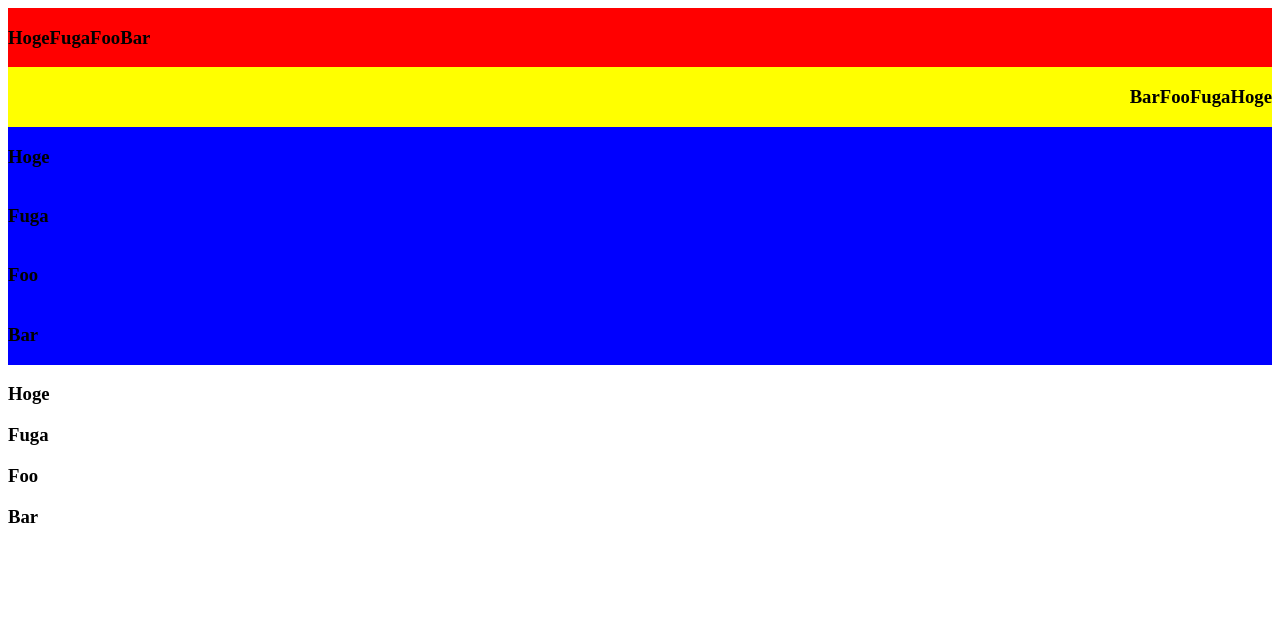
Repository: Mami-mo/samurai_HTML-CSS
Page: Lesson14/flex-direction.html
The author's editor kept a record of every edit. The page is drawn from the files as they stood at one moment, then again after the next edit.
The browser window is 1280 px wide. The pictures show the whole page.

Above is the page before.

After the next edit:
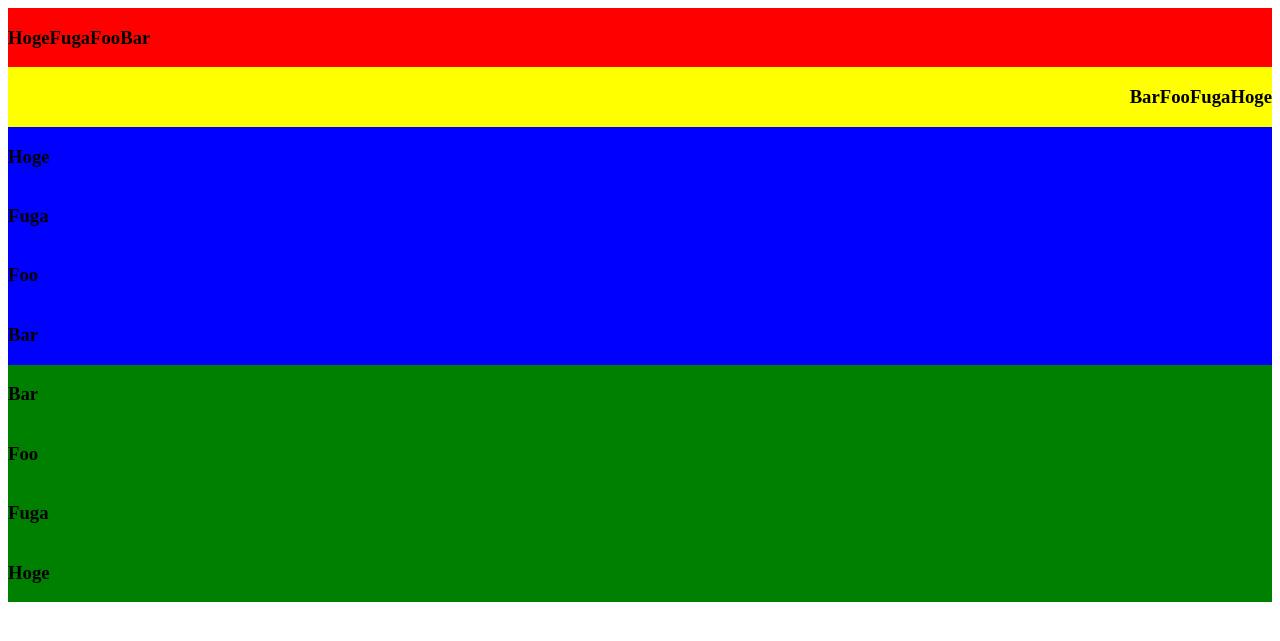
The edit:
--- a/Lesson14/flex-direction.html
+++ b/Lesson14/flex-direction.html
@@ -17,7 +17,7 @@
                 display: flex;
                 flex-direction: column;
                 background-color: blue;
-            ｝
+            }
 
             #column-reverse {
                 display: flex;
